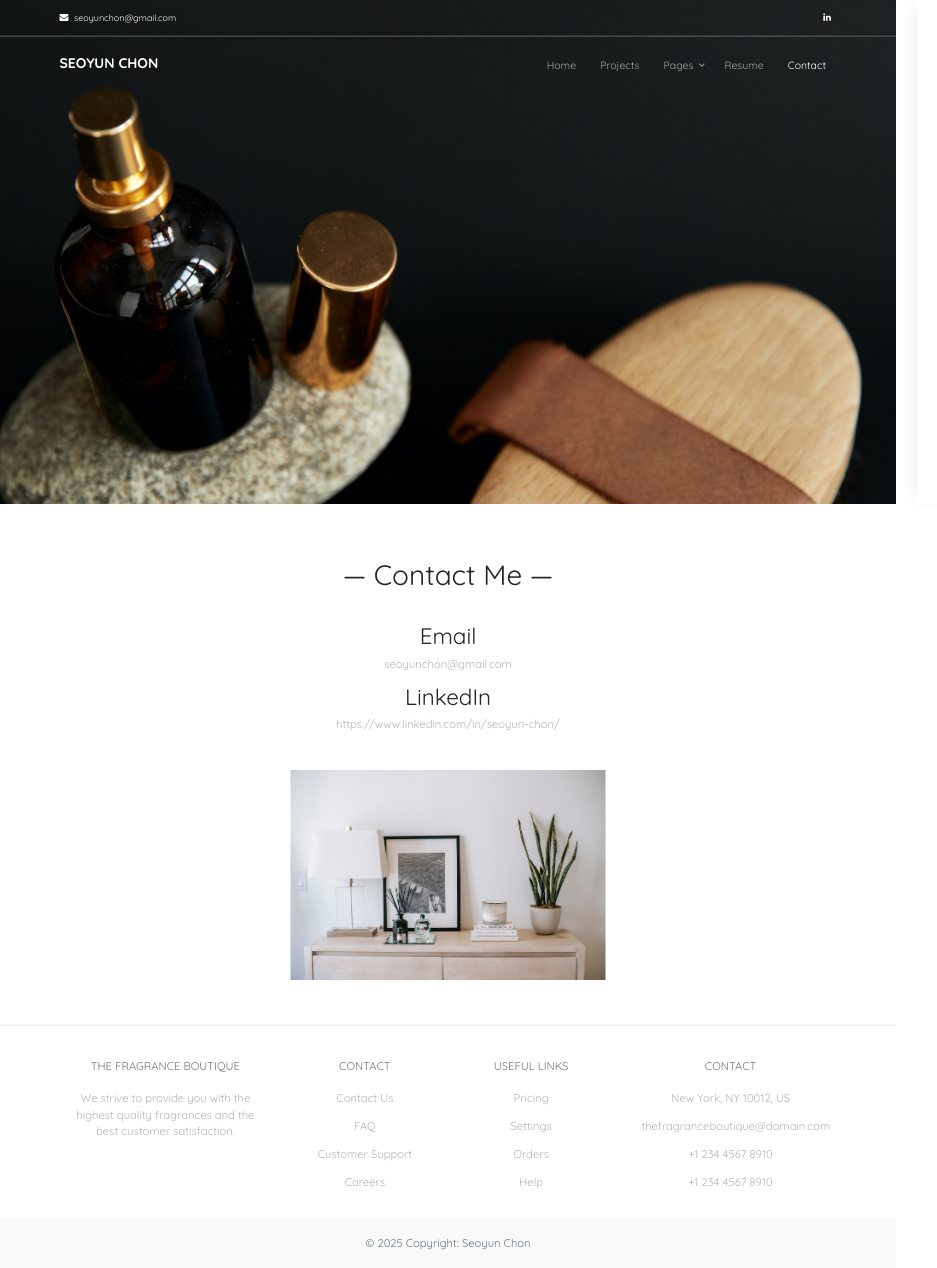
Repository: schon02/seoyun-chon-portfolio
Page: contact_page.html
The author's editor kept a copy of each file at every save. The page is drawn from the files as they stood at one save, then again after the next save.
The browser window is 1280 px wide. The page is 1338 px wide, so the pictures cover 1338 px, including what lies to the right of the window. The pictures show the whole page, at 70% of full size.

Above is the page before, as saved 2025-01-08 18:02:44.

After the next save:
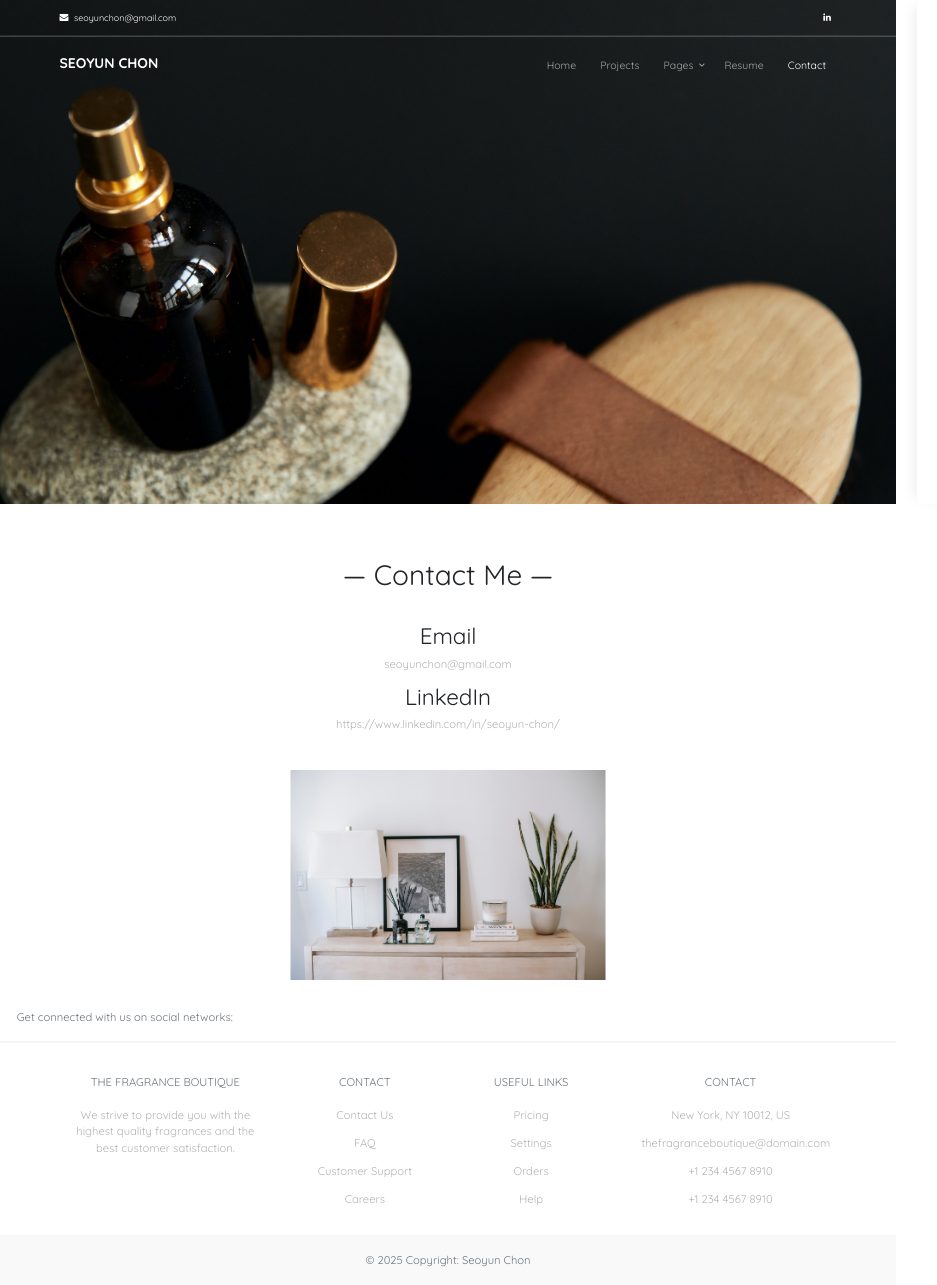
Saved 40 s later.
--- a/contact_page.html
+++ b/contact_page.html
@@ -149,13 +149,13 @@
     <!-- Section: Social media -->
     <section class="d-flex justify-content-center justify-content-lg-between p-4 border-bottom">
       <!-- Left -->
-      <!-- <div class="me-5 d-none d-lg-block">
+      <div class="me-5 d-none d-lg-block">
         <span>Get connected with us on social networks:</span>
-      </div> -->
+      </div>
       <!-- Left -->
 
       <!-- Right -->
-      <!-- <div>
+      <div>
         <a href="" class="me-4 link-secondary">
           <i class="fab fa-facebook-f"></i>
         </a>
@@ -174,7 +174,7 @@
         <a href="" class="me-4 link-secondary">
           <i class="fab fa-github"></i>
         </a>
-      </div> -->
+      </div>
       <!-- Right -->
     </section>
     <!-- Section: Social media -->
